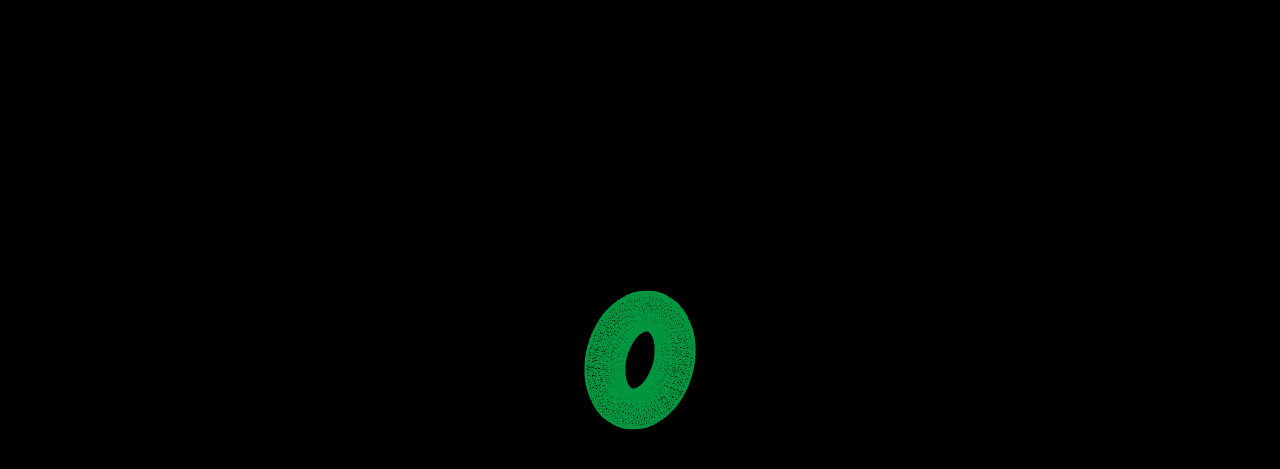
Repository: otterolie/multipleWindow3dScene
Page: multipleWindow3dScene/index.html
The author's editor kept a copy of each file at every save. The page is drawn from the files as they stood at one save, then again after the next save.
The browser window is 1280 px wide. The pictures show the whole page.

Above is the page before, as saved 2023-11-23 18:34:59.

After the next save:
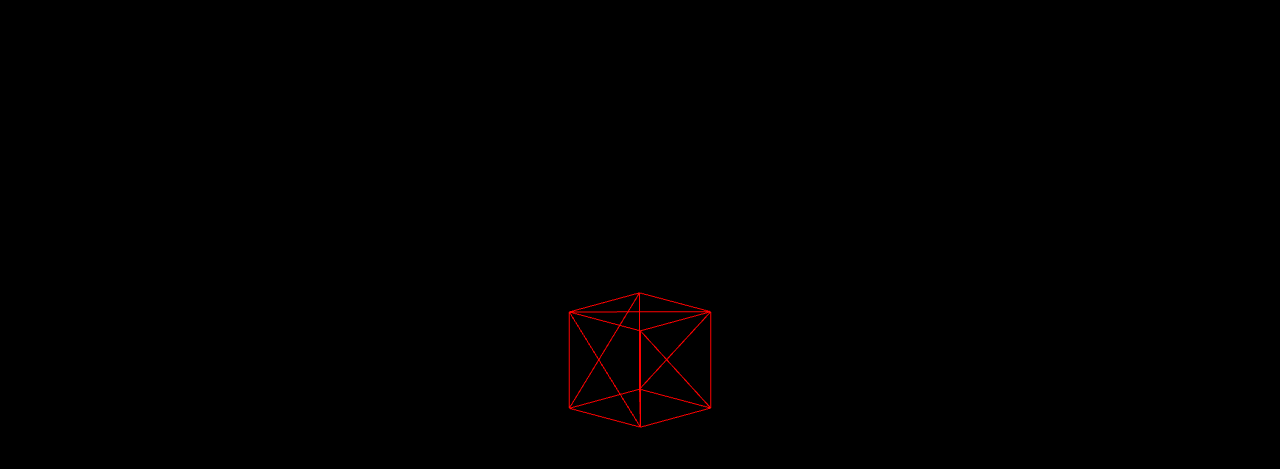
Saved 32 s later.
--- a/multipleWindow3dScene/main.js
+++ b/multipleWindow3dScene/main.js
@@ -104,25 +104,30 @@ if (new URLSearchParams(window.location.search).get("clear")) {
   function updateNumberOfCubes() {
     let wins = windowManager.getWindows();
 
-    cubes.forEach((c) => world.remove(c));
+    // remove all cubes
+    cubes.forEach((c) => {
+      world.remove(c);
+    });
+
     cubes = [];
 
+    // add new cubes based on the current window setup
     for (let i = 0; i < wins.length; i++) {
       let win = wins[i];
 
-      // Create a random color
-      let c = new t.Color(Math.random(), Math.random(), Math.random());
+      let c = new t.Color();
+      c.setHSL(i * 0.1, 1.0, 0.5);
 
-      // Create a torus geometry
-      let torus = new t.Mesh(
-        new t.TorusGeometry(50, 20, 16, 100), // You can adjust these parameters
+      let s = 100 + i * 50;
+      let cube = new t.Mesh(
+        new t.BoxGeometry(s, s, s),
         new t.MeshBasicMaterial({ color: c, wireframe: true })
       );
-      torus.position.x = win.shape.x + win.shape.w * 0.5;
-      torus.position.y = win.shape.y + win.shape.h * 0.5;
+      cube.position.x = win.shape.x + win.shape.w * 0.5;
+      cube.position.y = win.shape.y + win.shape.h * 0.5;
 
-      world.add(torus);
-      cubes.push(torus);
+      world.add(cube);
+      cubes.push(cube);
     }
   }
 
